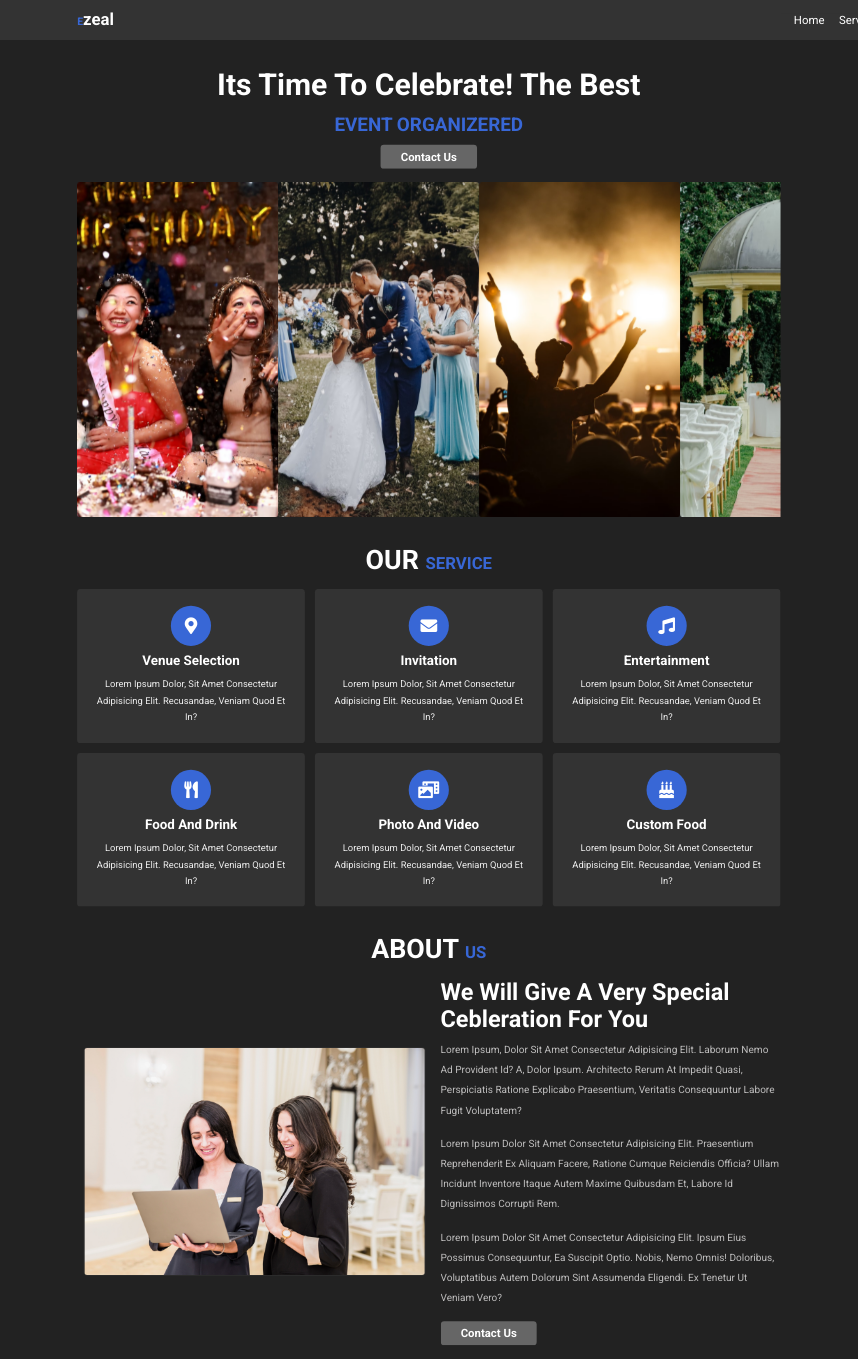
Repository: Jayce1607/First-clone
Page: html/index.html
The author's editor kept a copy of each file at every save. The page is drawn from the files as they stood at one save, then again after the next save.
The browser window is 1280 px wide. The pictures show the whole page, at 67% of full size.

Above is the page before, as saved 2021-08-26 19:29:49.
Console error: ReferenceError: Swiper is not defined

### html/index.html
<!DOCTYPE html>
<html lang="en">
<head>
  <meta charset="UTF-8">
  <meta http-equiv="X-UA-Compatible" content="IE=edge">
  <meta name="viewport" content="width=device-width, initial-scale=1.0">
  <title>Event Organizer Website Design Using HTML - CSS - Javascript </title>
  <link rel="stylesheet" href="../css/reset.css">
  <link rel="stylesheet" href="../css/app.css">
  <link
  rel="stylesheet"
  href="https://unpkg.com/swiper@7/swiper-bundle.min.css"
/>
  <link rel="stylesheet" href="https://cdnjs.cloudflare.com/ajax/libs/font-awesome/5.15.4/css/all.min.css">
  <link rel="preconnect" href="https://fonts.googleapis.com">
<link rel="preconnect" href="https://fonts.gstatic.com" crossorigin>
<link href="https://fonts.googleapis.com/css2?family=Roboto:ital,wght@0,100;0,300;0,400;0,500;0,700;0,900;1,900&display=swap" rel="stylesheet">

</head>
<body>
  <!-- header start -->
  <header class="header">
    <a href="#" class="logo"><span>E</span>zeal</a>
    <nav class="navbar">
      <a href="#home">Home</a>
      <a href="#service">Service</a>
      <a href="#about">about</a>
      <a href="#galery">galery</a>
      <a href="#price">price</a>
      <a href="#contact">Contact</a>
    </nav>
    <div id="menu-bars" class="fa fa-bars"></div>
  </header>

  <!-- header end  -->
  <!-- home section start -->
  <section class="home" id="home">
    <div class="content">
      <h3>its time to celebrate! the best <span>event organizered</span></h3>
      <a href="#" class="btn">Contact Us</a>
    </div>
    <div class="swiper mySwiper home-slider ">
      <div class="swiper-wrapper wrapper">
        <div class="swiper-slide">
          <img src="../images/slide-1.jpg" alt="">
        </div>
        <div class="swiper-slide">
          <img src="../images/slide-2.jpg" alt="">
        </div>
        <div class="swiper-slide">
          <img src="../images/slide-3.jpg" alt="">
        </div>
        <div class="swiper-slide">
          <img src="../images/slide-4.jpg" alt="">
        </div>
        <div class="swiper-slide">
          <img src="../images/slide-5.jpg" alt="">
        </div>
      </div>
    </div>
  </section>
  <!-- home section end -->
<!-- service section start -->
  <section class="service" id="service">
    <h1 class="heading">Our <span>Service</span></h1>
    <div class="box-container">
      <div class="box">
        <i class="fas fa-map-marker-alt"></i>
        <h3>Venue selection </h3>
        <p>Lorem ipsum dolor, sit amet consectetur adipisicing elit. Recusandae, veniam quod et in?</p>
      </div>
      <div class="box">
        <i class="fas fa-envelope"></i>
        <h3>Invitation </h3>
        <p>Lorem ipsum dolor, sit amet consectetur adipisicing elit. Recusandae, veniam quod et in?</p>
      </div>
      <div class="box">
        <i class="fas fa-music"></i>
        <h3>Entertainment </h3>
        <p>Lorem ipsum dolor, sit amet consectetur adipisicing elit. Recusandae, veniam quod et in?</p>
      </div>
      <div class="box">
        <i class="fas fa-utensils"></i>
        <h3>Food and Drink</h3>
        <p>Lorem ipsum dolor, sit amet consectetur adipisicing elit. Recusandae, veniam quod et in?</p>
      </div>
      <div class="box">
        <i class="fas fa-photo-video"></i>
        <h3>Photo and Video</h3>
        <p>Lorem ipsum dolor, sit amet consectetur adipisicing elit. Recusandae, veniam quod et in?</p>
      </div>
      <div class="box">
        <i class="fas fa-birthday-cake"></i>
        <h3>Custom Food</h3>
        <p>Lorem ipsum dolor, sit amet consectetur adipisicing elit. Recusandae, veniam quod et in?</p>
      </div>
    </div>
  </section>
<!-- service section end -->
<!-- about section start -->
  <section class="about" id="about">
    <h1 class="heading">About <span>Us</span></h1>
    <div class="row">
      <div class="image">
        <img src="../images/about-img.jpg" alt="">
      </div>
      <div class="content">
        <h3>We will give a very special cebleration for you </h3>
        <p>Lorem ipsum, dolor sit amet consectetur adipisicing elit. Laborum nemo ad provident id? A, dolor ipsum. Architecto rerum at impedit quasi, perspiciatis ratione explicabo praesentium, veritatis consequuntur labore fugit voluptatem? </p>
        <p>Lorem ipsum dolor sit amet consectetur adipisicing elit. Praesentium reprehenderit ex aliquam facere, ratione cumque reiciendis officia? Ullam incidunt inventore itaque autem maxime quibusdam et, labore id dignissimos corrupti rem.</p>
        <p>Lorem ipsum dolor sit amet consectetur adipisicing elit. Ipsum eius possimus consequuntur, ea suscipit optio. Nobis, nemo omnis! Doloribus, voluptatibus autem dolorum sint assumenda eligendi. Ex tenetur ut veniam vero?</p>
        <a href="" class="btn">Contact Us</a>
      </div>
    </div>
  </section>

<!-- about section end -->

  <script src="../javascript/starter.js"></script>
  <script src="https://unpkg.com/swiper@7/swiper-bundle.min.js"></script>
</body>
</html>

### css/reset.css
:root{
  --main-color:#3867d6;

}
*{
  margin: 0;
  padding: 0;
  border: 0;
  font-size: 100%;
  text-decoration: none;
  text-transform: capitalize;
  transition: .2s linear;
  font-family: 'Roboto', sans-serif;

 }
html, body, div, span, applet, object, iframe,h1, h2, h3, h4, h5, h6, p{
  margin: 0;
  padding: 0;
  border: 0;
  font-size: 62.5%;
  font-family: 'Roboto', sans-serif;
  overflow-x: hidden;
  scroll-padding-top: 7rem;
  scroll-behavior: smooth;
}
html::-webkit-scrollbar{
  width: 1rem;
}
html::-webkit-scrollbar-track{
background: #444;
}
html::-webkit-scrollbar-thumb{
  background: var(--main-color);
  border-radius: 5rem;
}
body{
  background-color: #222;
}
ol, ul {
  list-style: none;
}
img{
  object-fit: cover;
  max-width: 100%;
  width: 100%;
}
section{
  padding: 2rem 9%;
}
.heading{
  text-align: center;
  padding-bottom: 2rem;
  color: #fff;
  text-transform: uppercase;
  font-size: 4rem;
}
.heading span{
  color: var(--main-color);
  text-transform: uppercase;
}

### css/app.css
.header {
  position: fixed;
  top: 0;
  left: 0;
  right: 0;
  z-index: 1000;
  background-color: #333;
  display: flex;justify-content: space-between;
  align-items: center;
  padding: 1.5rem 9%;
}
.header .logo{
  font-weight: bolder;
  font-size: 2.5rem;
  color: #fff;
}
.header .logo span{
  color:var(--main-color);
}
.header .navbar a{
  font-size: 1.7rem;
  color: #fff;
 margin-left: 2rem;
}
.header .navbar a:hover{
  color: var(--main-color);
}
#menu-bars{
  font-size: 3rem;
  color: #fff;
  cursor: pointer;
  display: none;
}
.btn{
  margin-top: 1rem;
  display: inline-block;
  padding: 0.8rem 3rem;
  font-size: 1.7rem;
  border-radius: .5rem;
  border: 0;
  background: #666;
  color: #fff;
  cursor: pointer;
  font-weight: 600;
}
.btn:hover{
  background-color: var(--main-color);
}
/* home section */
.home{
 /* margin-top: 6rem; */

}
.home .content {
  text-align: center;
  padding-top: 6rem;
  margin: 2rem auto;
  max-width: 70rem;
}
.home .content h3{
  font-size: 4.5rem;
  text-align: center;
  color: #fff;
}
.home .content h3 span{
  color: var(--main-color);
  text-transform: uppercase;
}
.home .home-slider .swiper-slide{
  overflow: hidden;
  border-radius: .5rem;
  height: 50rem;
  width: 30rem;
}
.home .home-slider .swiper-slide img{
  width: 100%;
  height: 100%;
  object-fit: cover;
}
/* services */
.service .box-container{
  display: grid;
  grid-template-columns: repeat(auto-fit,minmax(27rem,1fr));
  grid-gap: 1.5rem;
}
.service .box-container .box{
  border-radius: .5rem;
  background-color: #333;
  text-align: center;
  padding: 2.5rem;
}
.service .box-container .box i{
  height: 6rem;
  width: 6rem;
  line-height: 6rem;
  border-radius: 50%;
  font-size: 2.5rem;
  color: #fff;
  background: var(--main-color);
}
.service .box-container .box h3{
  font-size: 2rem;
  color: #fff;
  padding: 1rem 0;
}
.service .box-container .box p{
  font-size: 1.4rem;
  color: #eee;
 line-height: 1.8;
}
/* about */
.about .row{
  display: flex;
  align-items: center;
  flex-wrap: wrap;
  gap: 1.5rem;

}
.about .row .image{
  flex:  1 1 45rem;
  padding: 1rem;
}
.about .row .image img{
  width: 100%;
  border: 1px solid #333;
  border-radius: .5rem;
}
.about .row .content{
  flex:  1 1 45rem;

}
.about .row .content h3{
  font-size: 3.5rem;
  color: #fff;
}
.about .row .content p{
  font-size: 1.5rem;
  color: rgb(190, 189, 189);
  line-height: 2;
  padding: 1rem 0;
}


























/* media queries */
@media (max-width:991px){
  html{
    font-size: 55%;
  }
  .header{
    padding: 1.5rem 2rem;
  }
  section{
    padding: 2rem;
  }

}
@media (max-width:767px){
  .header #menu-bars{
    display: initial;
  }
  .header .navbar{
    position: absolute;
    top: 100%;
    right: 0;
    bottom: 0;
    left: 0;
    border-top: .1px solid #222;
    background-color: #333;
    transform: translateX(100%);
    opacity: 0;
    transition: opacity .5s linear;
  }
  .header .navbar.active{
    transform: translateX(0);
    opacity: 1;
  }
  .fa-times{
    transform: rotate(180deg);
  }
  .header .navbar a{
    display: flex;

    padding: 1.3rem;
    border-radius: .5rem;
    margin: 1.3rem;
    font-size: 1.5rem;
    background:#444;

  }
  .home .content h3{
    font-size: 4rem;
  }
}
@media (max-width:450px){
  html{
    font-size: 50%;
  }
  .home .home-slider .swiper-slide{
    width: 27rem;
  }


}

### javascript/starter.js
const menu=document.querySelector("#menu-bars");
let navbar=document.querySelector(".navbar");
// menu.addEventListener("click",function(e){
//   navbar.style. clipPath="";
// })
menu.addEventListener("click",function(e){
  e.target.classList.toggle("fa-times");
  navbar.classList.toggle("active")
})

window.onscroll=()=>{
  menu.classList.remove("fa-times")
  navbar.classList.remove("active")

}


// slider
var swiper = new Swiper(".home-slider", {
  effect: "coverflow",
  grabCursor: true,
  centeredSlides: true,
  slidesPerView: "auto",
  coverflowEffect: {
    rotate: 0,
    stretch: 0,
    depth: 100,
    modifier: 2,
    slideShadows: true,
  },
  loop:true,
  autoplay:{
    delay:3000,
    disableOnInteraction:false,
  }
});
// end Slider

After the next save:
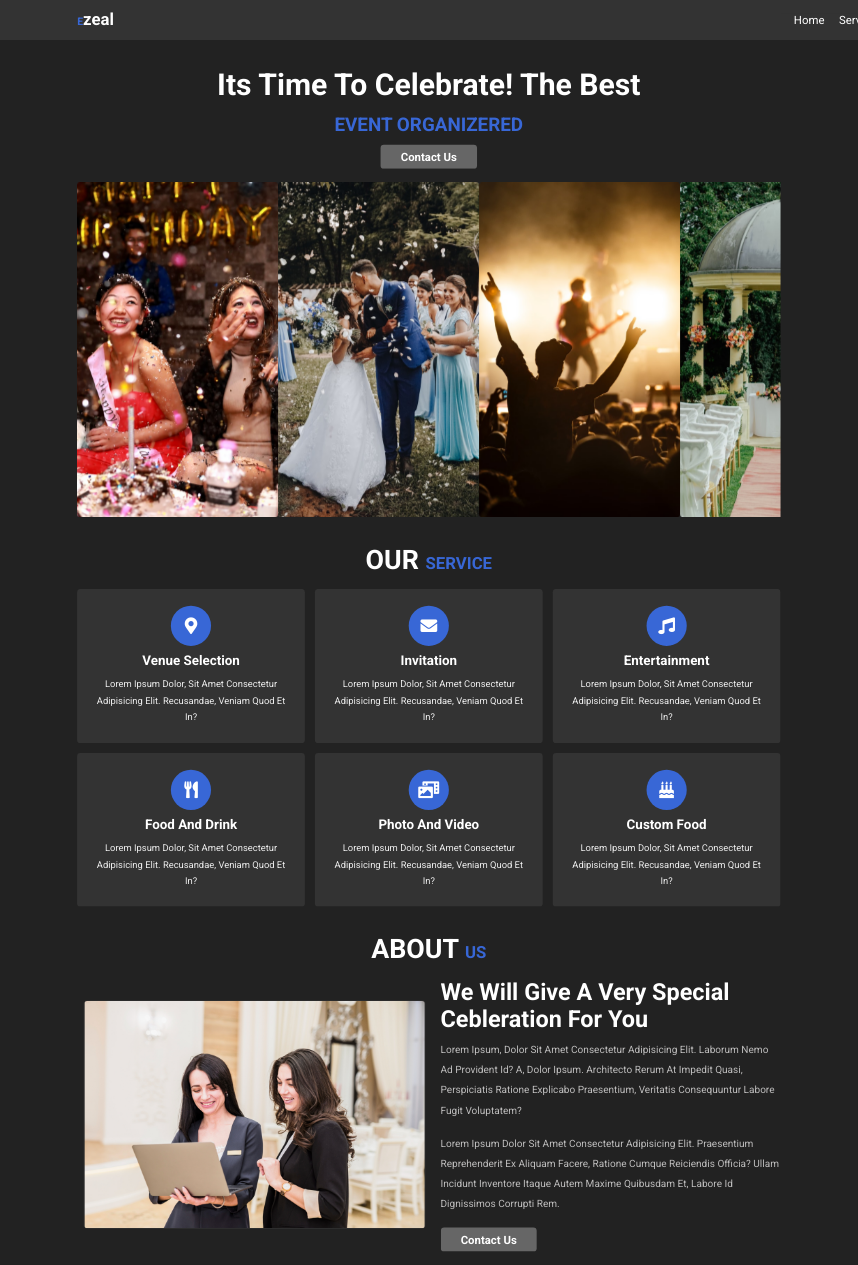
Saved 11 s later.
--- a/html/index.html
+++ b/html/index.html
@@ -108,7 +108,7 @@
         <h3>We will give a very special cebleration for you </h3>
         <p>Lorem ipsum, dolor sit amet consectetur adipisicing elit. Laborum nemo ad provident id? A, dolor ipsum. Architecto rerum at impedit quasi, perspiciatis ratione explicabo praesentium, veritatis consequuntur labore fugit voluptatem? </p>
         <p>Lorem ipsum dolor sit amet consectetur adipisicing elit. Praesentium reprehenderit ex aliquam facere, ratione cumque reiciendis officia? Ullam incidunt inventore itaque autem maxime quibusdam et, labore id dignissimos corrupti rem.</p>
-        <p>Lorem ipsum dolor sit amet consectetur adipisicing elit. Ipsum eius possimus consequuntur, ea suscipit optio. Nobis, nemo omnis! Doloribus, voluptatibus autem dolorum sint assumenda eligendi. Ex tenetur ut veniam vero?</p>
+
         <a href="" class="btn">Contact Us</a>
       </div>
     </div>
